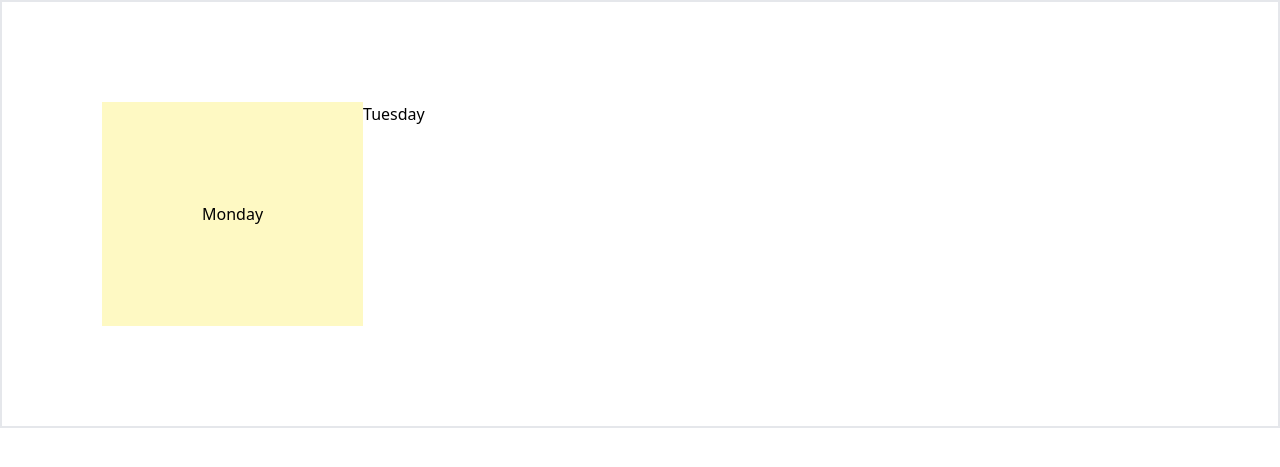
Repository: AfzalHaq61/tailwind-deep
Page: http://localhost/
The author's editor kept a copy of each file at every save. The page is drawn from the files as they stood at one save, then again after the next save.
The browser window is 1280 px wide. The pictures show the whole page.
The page is served by the project's Laravel application, run on PHP 8.4 with Laravel 9. Style sheets and scripts are compiled from the project's sources, by tool versions that may differ from the author's.

Above is the page before, as saved 2022-12-24 17:20:05.

After the next save:
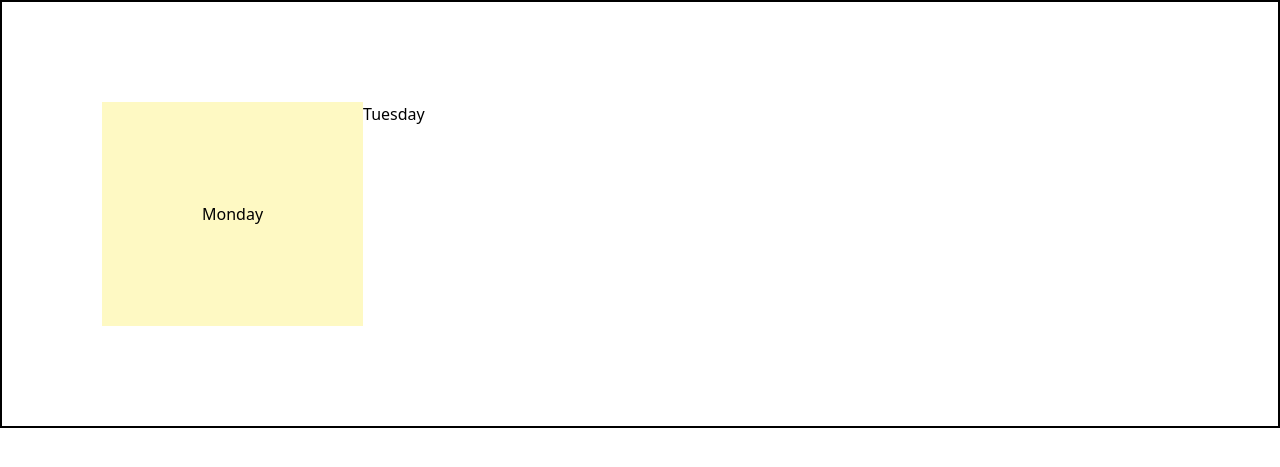
Saved 5 s later.
--- a/resources/views/welcome.blade.php
+++ b/resources/views/welcome.blade.php
@@ -8,7 +8,7 @@
 </head>
 
 <body>
-    <div class="flex p-[100px] border-2">
+    <div class="flex p-[100px] border-2 border-black">
         <div class="bg-yellow-100 p-[100px]">
             <h1>Monday</h1>
         </div>
